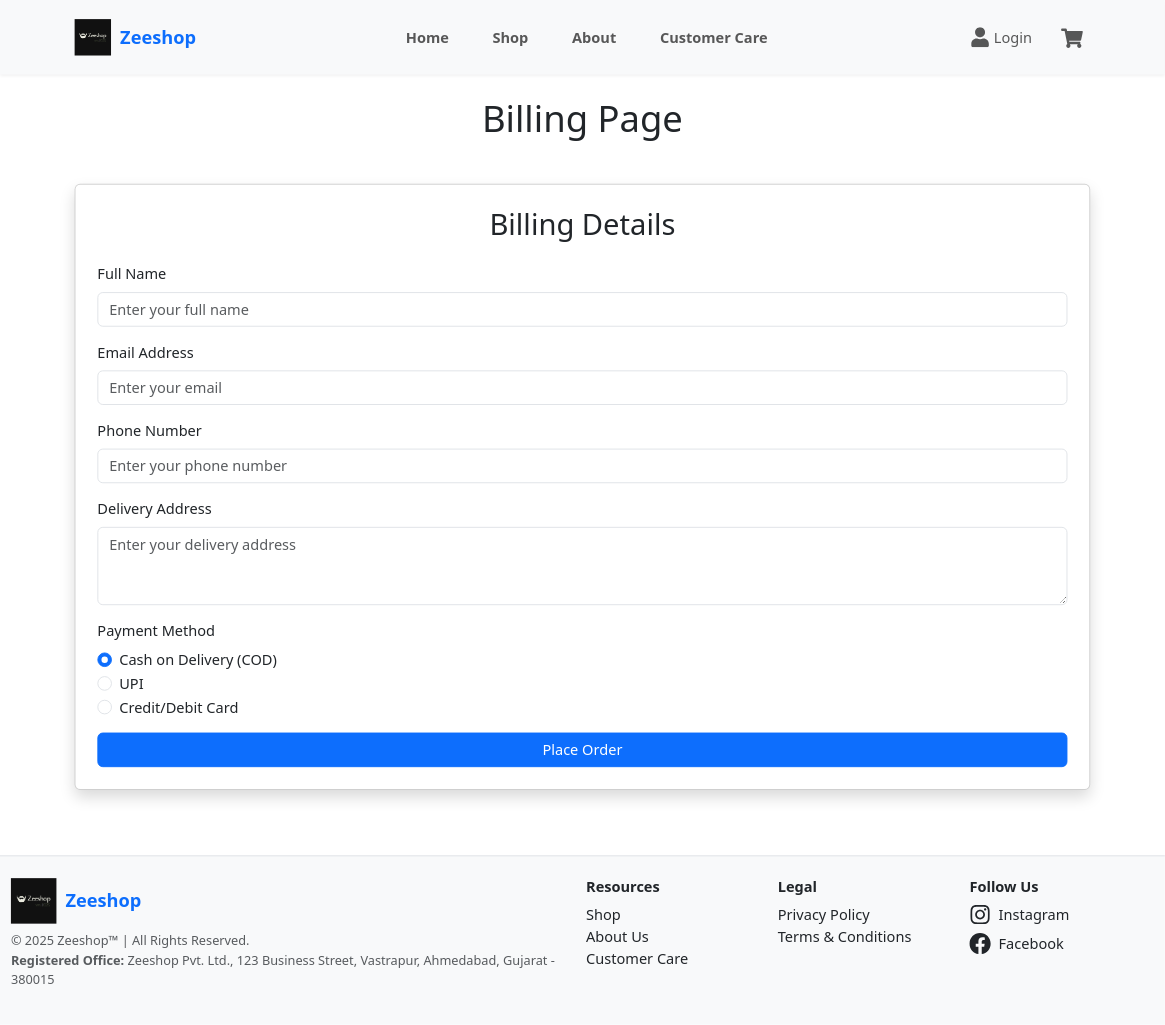
Repository: zeel2306/React-Projects
Page: /billing (app in shop/)
These files come from the project's save history. The page is drawn as it stood at one moment and after the next save; the edit follows.
The browser window is 1280 px wide. The pictures show the whole page, at 91% of full size.
The project was rebuilt for these pictures with package versions that can differ from the ones it lists, and the page was loaded fresh each time. Also part of the build but not shown: shop/src/index.css, shop/src/Components/Login.jsx, shop/src/Components/Slider.jsx, shop/src/Components/Product.jsx, shop/src/Components/About.jsx, shop/src/Components/Customercare.jsx, shop/src/Components/ProductDetail.jsx, shop/src/Components/PrivacyPolicy.jsx and 9 more.

Above is the page before, as saved 2025-08-06 18:12:27.

After the next save:
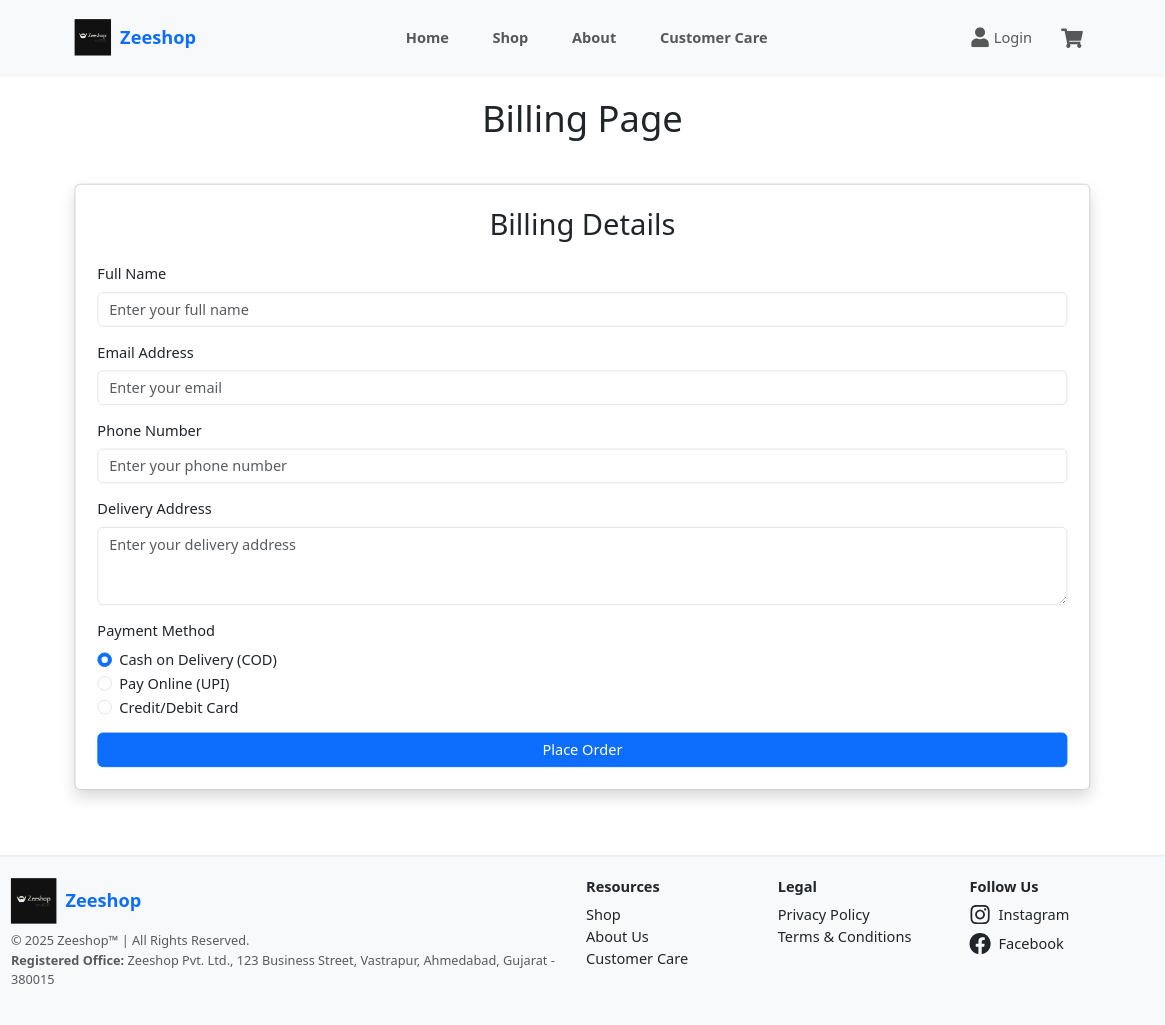
Saved 4 min 28 s later.
--- a/shop/src/Components/CheckoutForm.jsx
+++ b/shop/src/Components/CheckoutForm.jsx
@@ -107,7 +107,7 @@
                   onChange={handleChange}
                   className="form-check-input"
                 />
-                <label className="form-check-label">UPI</label>
+                <label className="form-check-label">Pay Online (UPI)</label>
               </div>
               <div className="form-check">
                 <input
@@ -123,20 +123,30 @@
             </div>
           </div>
 
-          {/* UPI Field */}
+          {/* UPI Field & QR Code */}
           {formData.paymentMethod === "UPI" && (
-            <div className="mb-3">
-              <label className="form-label">UPI ID</label>
-              <input
-                type="text"
-                name="upiId"
-                className="form-control"
-                placeholder="Enter your UPI ID"
-                value={formData.upiId}
-                onChange={handleChange}
-                required
-              />
-            </div>
+            <>
+              <div className="mb-3">
+                <label className="form-label">UPI ID</label>
+                <input
+                  type="text"
+                  name="upiId"
+                  className="form-control"
+                  placeholder="Enter your UPI ID"
+                  value={formData.upiId}
+                  onChange={handleChange}
+                  required
+                />
+              </div>
+              <div className="text-center my-3">
+                <p><b>Scan to Pay</b></p>
+                <img
+                  src="/upi_qr.png"
+                  alt="UPI QR Code"
+                  style={{ width: "200px", height: "200px" }}
+                />
+              </div>
+            </>
           )}
 
           {/* Card Fields */}
